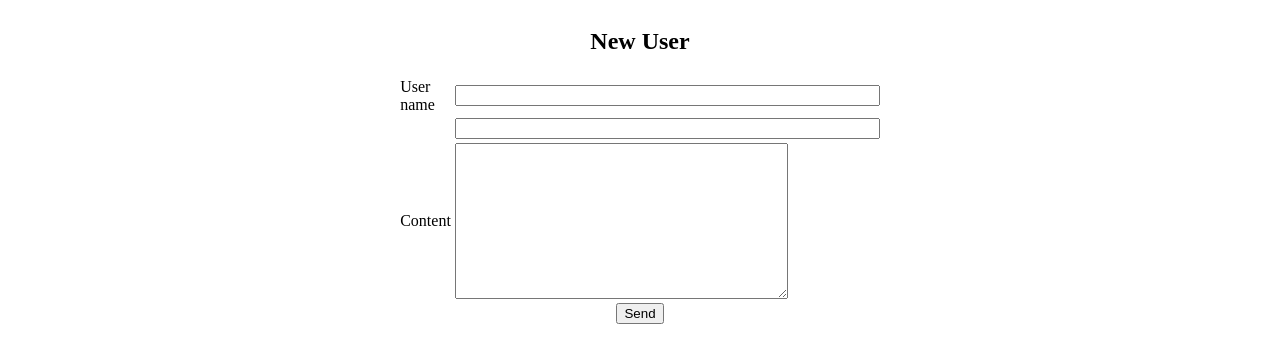
Repository: UnforgivenZZZ/bulldog
Page: http://localhost/bulldog/EmailForm.jsp
An editor plug-in stored every save of this project. The page is shown before and after the next save, followed by the edit.
The browser window is 1280 px wide. The pictures show the whole page.
The page is served by Tomcat 9.

Above is the page before, as saved 2017-07-07 08:09:04.

After the next save:
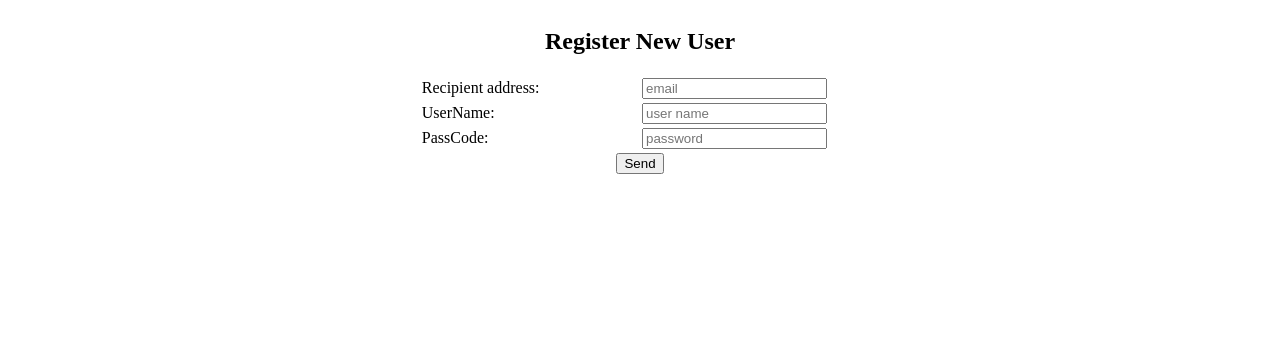
Saved 2 min 4 s later.
--- a/bulldog/WebContent/EmailForm.jsp
+++ b/bulldog/WebContent/EmailForm.jsp
@@ -9,19 +9,20 @@
 <body>
     <form action="register" method="post">
         <table border="0" width="35%" align="center">
-            <caption><h2>New User</h2></caption>
-            <tr>
-                <td width="50%">User name </td>
-                <td><input type="text" name="recipient" size="50"/></td>
+            <caption><h2>Register New User</h2></caption>
+              <tr>
+                <td width="50%">Recipient address: </td>
+                <td><input type="text" placeholder="email" name="contact"></td>
             </tr>
             <tr>
-                <td> </td>
-                <td><input type="text" name="subject" size="50"/></td>
+                <td>UserName: </td>
+                <td><input type="text" placeholder="user name" name="username"></td>
             </tr>
             <tr>
-                <td>Content </td>
-                <td><textarea rows="10" cols="39" name="content"></textarea> </td>
+                <td>PassCode: </td>
+                <td><input type="text" placeholder="password" name="pin"></td>
             </tr>
+
             <tr>
                 <td colspan="2" align="center"><input type="submit" value="Send" formaction="EmailSendingServlet"/></td>
             </tr>
